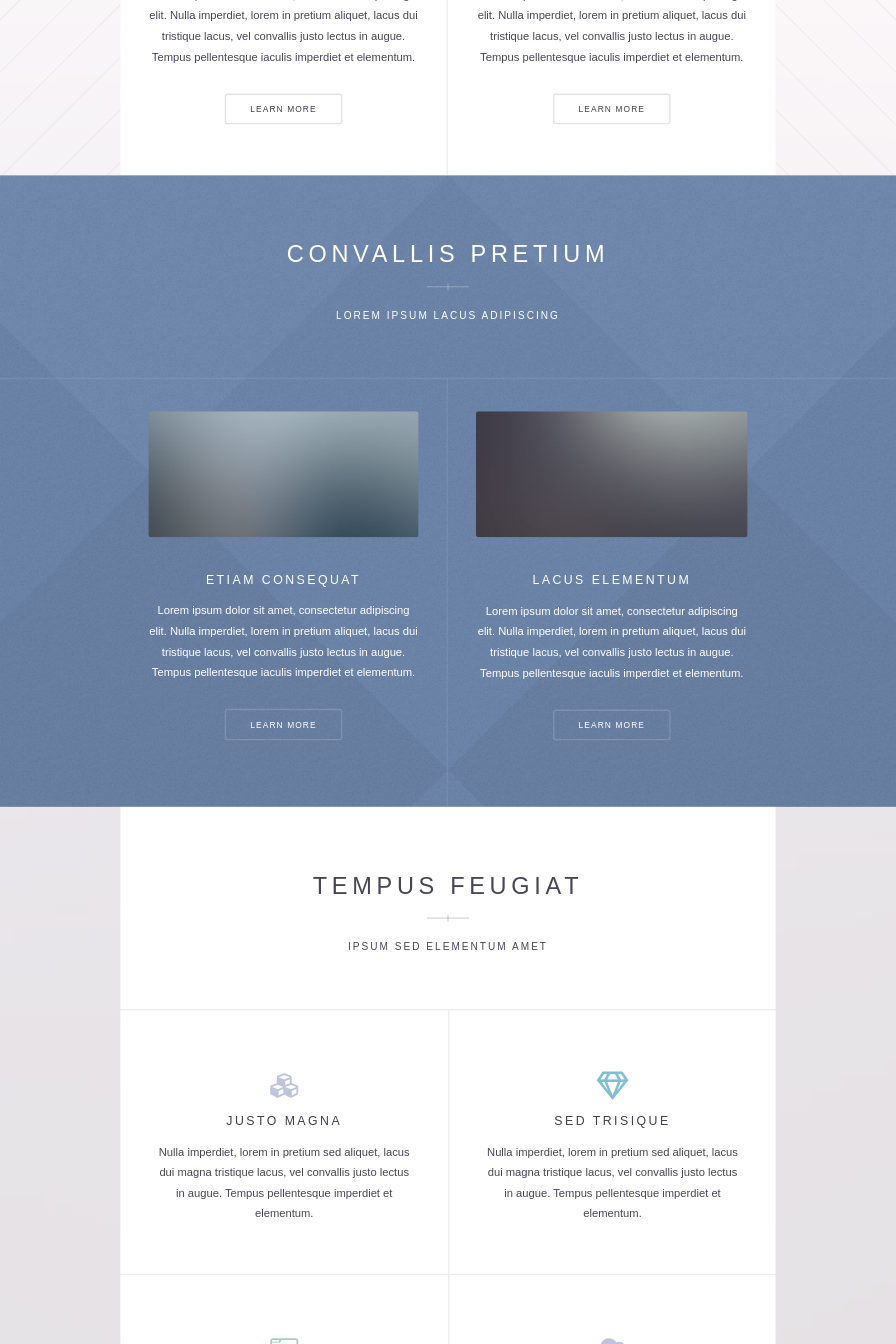
Repository: WKMoon/JavaScript-Project
Page: myFront/WebContent/index.html
These files come from the project's save history. The page is drawn as it stood at one moment and after the next save; the edit follows.
The browser window is 1280 px wide. The pictures show the part of the page from y = 1002 to 2922 px (the page is 4385 px tall before and 4531 px after), at 70% of full size.
Some web fonts or font styles are not loaded; a fallback is used.

Above is the page before, as saved 2021-03-01 05:04:39.

### myFront/WebContent/index.html
<!DOCTYPE HTML>
<!--
	Hologram by Pixelarity
	pixelarity.com | hello@pixelarity.com
	License: pixelarity.com/license
-->
<html>
	<head>
		<title>Untitled</title>
		<meta charset="utf-8" />
		<meta name="viewport" content="width=device-width, initial-scale=1, user-scalable=no" />
		<link rel="stylesheet" href="assets/css/main.css" />
	</head>
	<body class="landing is-preload">

		<!-- Header -->
			<header id="header">
				<a href="#menu">Menu</a>
				<a href="login.html">Log In</a>
				<a href="signup.html" class="button">Sign Up</a>
			</header>

		<!-- Nav -->
			<nav id="menu">
				<ul class="links">
					<li><a href="index.html">Home</a></li>
					<!-- <li><a href="generic.html">Generic</a></li> -->
					<!-- <li><a href="elements.html">Elements</a></li> -->
				</ul>
				<ul class="actions stacked">
					<li><a href="login.html" class="button primary fit">Log In</a></li>
					<li><a href="signup.html" class="button fit">Sign Up</a></li>
				</ul>
			</nav>

		<!-- Banner -->
			<section id="banner">
				<header class="major">
					<span class="icon solid fa-code style3"></span>
					<h1>환영합니다.</h1>
					<p>이용을 원하시면 아래 버튼을 클릭 하십시오</p>
				</header>
				<ul class="actions special">
					<li><a href="signup.html" class="button scrolly">회원 가입</a></li>
				</ul>
			</section>

		<!-- One -->
			<section id="one" class="wrapper style1 special">
				<div class="inner">
					<header class="major alt style2">
						<h2>Augue sed pretium</h2>
						<p>Consectetur nullam vel iaculis</p>
					</header>
					<section class="split">
						<article>
							<h4>Sed imperdiet</h4>
							<p>Lorem ipsum dolor sit amet, consectetur adipiscing elit. Nulla imperdiet, lorem in pretium aliquet, lacus dui tristique lacus, vel convallis justo lectus in augue. Tempus pellentesque iaculis imperdiet et elementum.</p>
							<ul class="actions special">
								<li><a href="#" class="button">Learn More</a></li>
							</ul>
						</article>
						<article>
							<h4>Magna Feugiat</h4>
							<p>Lorem ipsum dolor sit amet, consectetur adipiscing elit. Nulla imperdiet, lorem in pretium aliquet, lacus dui tristique lacus, vel convallis justo lectus in augue. Tempus pellentesque iaculis imperdiet et elementum.</p>
							<ul class="actions special">
								<li><a href="#" class="button">Learn More</a></li>
							</ul>
						</article>
					</section>
				</div>
			</section>

		<!-- Two -->
			<section id="two" class="wrapper style3 special">
				<div class="inner">
					<header class="major">
						<h2>Convallis pretium</h2>
						<p>Lorem ipsum lacus adipiscing</p>
					</header>
					<section class="spotlights">
						<section>
							<span class="image"><img src="images/pic01.jpg" alt="" /></span>
							<h4>Etiam consequat</h4>
							<p>Lorem ipsum dolor sit amet, consectetur adipiscing elit. Nulla imperdiet, lorem in pretium aliquet, lacus dui tristique lacus, vel convallis justo lectus in augue. Tempus pellentesque iaculis imperdiet et elementum.</p>
							<ul class="actions special">
								<li><a href="#" class="button">Learn More</a></li>
							</ul>
						</section>
						<section>
							<span class="image"><img src="images/pic02.jpg" alt="" /></span>
							<h4>Lacus elementum</h4>
							<p>Lorem ipsum dolor sit amet, consectetur adipiscing elit. Nulla imperdiet, lorem in pretium aliquet, lacus dui tristique lacus, vel convallis justo lectus in augue. Tempus pellentesque iaculis imperdiet et elementum.</p>
							<ul class="actions special">
								<li><a href="#" class="button">Learn More</a></li>
							</ul>
						</section>
					</section>
				</div>
			</section>

		<!-- Three -->
			<section id="three" class="wrapper style1 special">
				<div class="inner">
					<header class="major">
						<h2>Tempus feugiat</h2>
						<p>Ipsum sed elementum amet</p>
					</header>
					<section class="features">
						<section>
							<span class="icon solid fa-cubes style3"></span>
							<h4>Justo magna</h4>
							<p>Nulla imperdiet, lorem in pretium sed aliquet, lacus dui magna tristique lacus, vel convallis justo lectus in augue. Tempus pellentesque imperdiet et elementum.</p>
						</section>
						<section>
							<span class="icon fa-gem style4"></span>
							<h4>Sed trisique</h4>
							<p>Nulla imperdiet, lorem in pretium sed aliquet, lacus dui magna tristique lacus, vel convallis justo lectus in augue. Tempus pellentesque imperdiet et elementum.</p>
						</section>
						<section>
							<span class="icon solid fa-camera-retro style2"></span>
							<h4>Lacus pretium</h4>
							<p>Nulla imperdiet, lorem in pretium sed aliquet, lacus dui magna tristique lacus, vel convallis justo lectus in augue. Tempus pellentesque imperdiet et elementum.</p>
						</section>
						<section>
							<span class="icon solid fa-cloud style3"></span>
							<h4>Dui volutpat</h4>
							<p>Nulla imperdiet, lorem in pretium sed aliquet, lacus dui magna tristique lacus, vel convallis justo lectus in augue. Tempus pellentesque imperdiet et elementum.</p>
						</section>
					</section>
					<footer class="major">
						<ul class="actions special">
							<li><a href="#" class="button">Learn More</a></li>
						</ul>
					</footer>
				</div>
			</section>

		<!-- Four -->
			<section id="four" class="wrapper style4 special-alt">
				<div class="inner split">
					<section>
						<header class="major">
							<h2>Amet lorem</h2>
						</header>
						<p>Lorem ipsum dolor sit amet, consectetur adipiscing elit. Nulla imperdiet, lorem in pretium aliquet, lacus dui tristique lacus, vel convallis justo lectus in augue. Tempus pellentesque iaculis imperdiet et elementum lorem sed ipsum dolor sit amet, consectetur adipiscing elit. Nulla imperdiet, lorem pretium aliquet lacus.</p>
					</section>
					<form method="post" action="#">
						<label for="name">Name</label>
						<input type="text" id="name" name="name" />
						<label for="email">Email</label>
						<input type="email" id="email" name="email" />
						<ul class="actions">
							<li><a href="#" class="button">Get started</a></li>
						</ul>
					</form>
				</div>
			</section>

		<!-- Five -->
			<section id="five" class="wrapper style1 special alt">
				<div class="inner">
					<h4>Magna feugiat lorem ipsum?</h4>
					<p>Nulla imperdiet, lorem in pretium sed aliquet, lacus dui magna tristique lacus, vel convallis justo lectus in augue. Tempus  imperdiet et elementum. Nulla imperdiet, lorem in pretium sed aliquet, lacus dui magna tristique lacus.</p>
					<ul class="actions special">
						<li><a href="#" class="button">Learn More</a></li>
					</ul>
				</div>
			</section>

		<!-- Footer -->
			<footer id="footer">
				<ul class="alt-icons">
					<li><a href="#" class="icon brands fa-twitter"><span class="label">Twitter</span></a></li>
					<li><a href="#" class="icon brands fa-facebook-f"><span class="label">Facebook</span></a></li>
					<li><a href="#" class="icon brands fa-linkedin-in"><span class="label">LinkedIn</span></a></li>
					<li><a href="#" class="icon brands fa-github"><span class="label">GitHub</span></a></li>
					<li><a href="#" class="icon solid fa-phone"><span class="label">Phone</span></a></li>
					<li><a href="#" class="icon solid fa-envelope"><span class="label">Email</span></a></li>
				</ul>
				<ul class="menu">
					<li><a href="#">Terms of Use</a></li>
					<li><a href="#">Privacy Policy</a></li>
					<li><a href="#">Contact Us</a></li>
				</ul>
				<p class="copyright">
					&copy; Untitled Corp. All rights reserved. Lorem ipsum dolor sit amet nullam.
				</p>
			</footer>

		<!-- Scripts -->
			<script src="assets/js/jquery.min.js"></script>
			<script src="assets/js/jquery.scrolly.min.js"></script>
			<script src="assets/js/jquery.scrollex.min.js"></script>
			<script src="assets/js/browser.min.js"></script>
			<script src="assets/js/breakpoints.min.js"></script>
			<script src="assets/js/util.js"></script>
			<script src="assets/js/main.js"></script>

	</body>
</html>

Loaded but not shown: myFront/WebContent/assets/js/jquery.min.js (library); myFront/WebContent/assets/js/jquery.scrolly.min.js (common file); myFront/WebContent/assets/css/fontawesome-all.min.css (library); myFront/WebContent/assets/js/jquery.scrollex.min.js (common file); myFront/WebContent/assets/js/browser.min.js (common file); myFront/WebContent/assets/js/breakpoints.min.js (common file); myFront/WebContent/assets/js/util.js (587 lines, source omitted); myFront/WebContent/assets/js/main.js (57 lines, source omitted); myFront/WebContent/assets/css/main.css (4487 lines, source omitted)

After the next save:
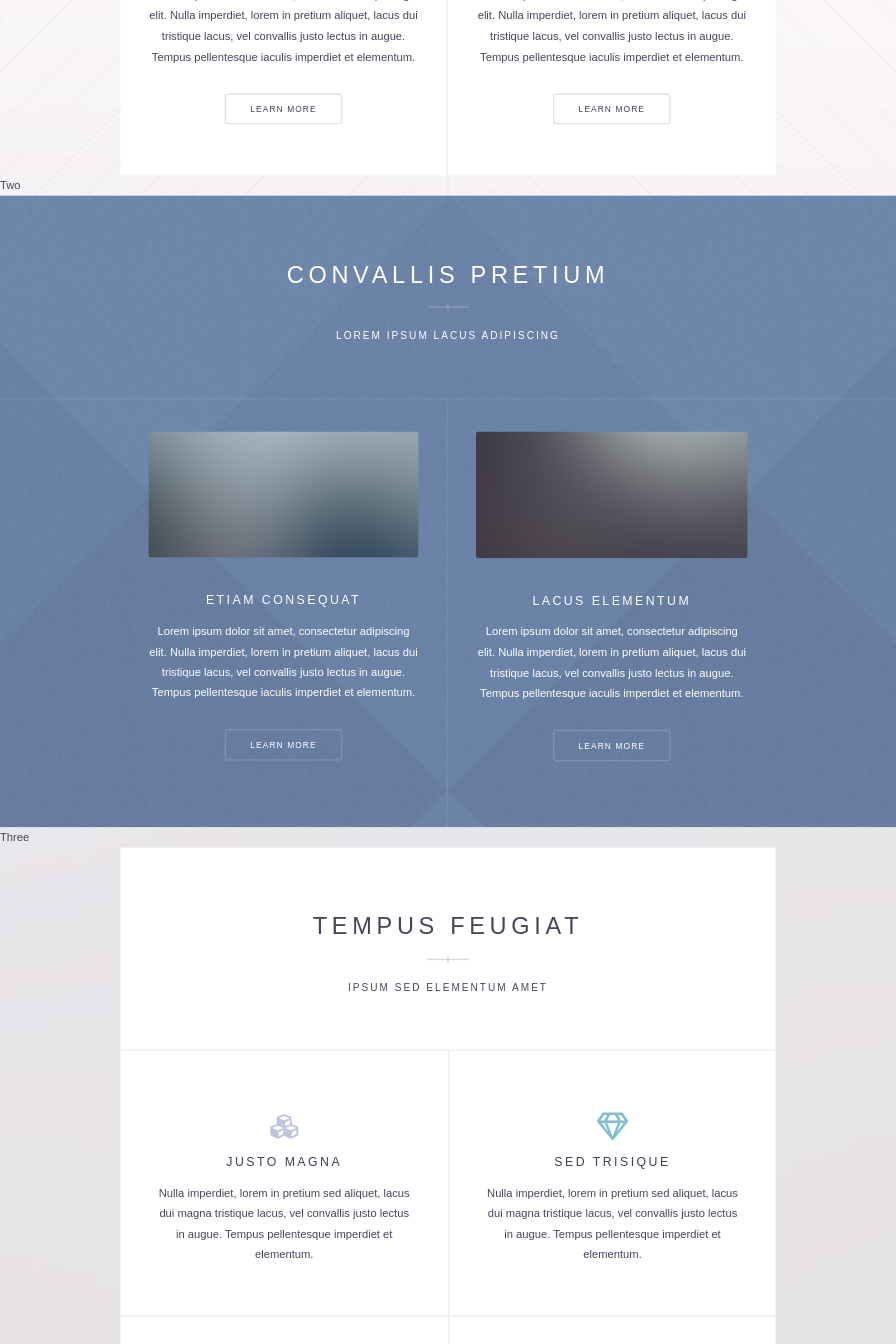
Saved 20 s later.
--- a/myFront/WebContent/index.html
+++ b/myFront/WebContent/index.html
@@ -45,7 +45,7 @@
 				</ul>
 			</section>
 
-		<!-- One -->
+		<!-- <!-- One -->
 			<section id="one" class="wrapper style1 special">
 				<div class="inner">
 					<header class="major alt style2">
@@ -71,7 +71,7 @@
 				</div>
 			</section>
 
-		<!-- Two -->
+		Two
 			<section id="two" class="wrapper style3 special">
 				<div class="inner">
 					<header class="major">
@@ -99,7 +99,7 @@
 				</div>
 			</section>
 
-		<!-- Three -->
+		Three
 			<section id="three" class="wrapper style1 special">
 				<div class="inner">
 					<header class="major">
@@ -136,7 +136,7 @@
 				</div>
 			</section>
 
-		<!-- Four -->
+		Four
 			<section id="four" class="wrapper style4 special-alt">
 				<div class="inner split">
 					<section>
@@ -157,7 +157,7 @@
 				</div>
 			</section>
 
-		<!-- Five -->
+		Five
 			<section id="five" class="wrapper style1 special alt">
 				<div class="inner">
 					<h4>Magna feugiat lorem ipsum?</h4>
@@ -166,7 +166,7 @@
 						<li><a href="#" class="button">Learn More</a></li>
 					</ul>
 				</div>
-			</section>
+			</section> -->
 
 		<!-- Footer -->
 			<footer id="footer">
